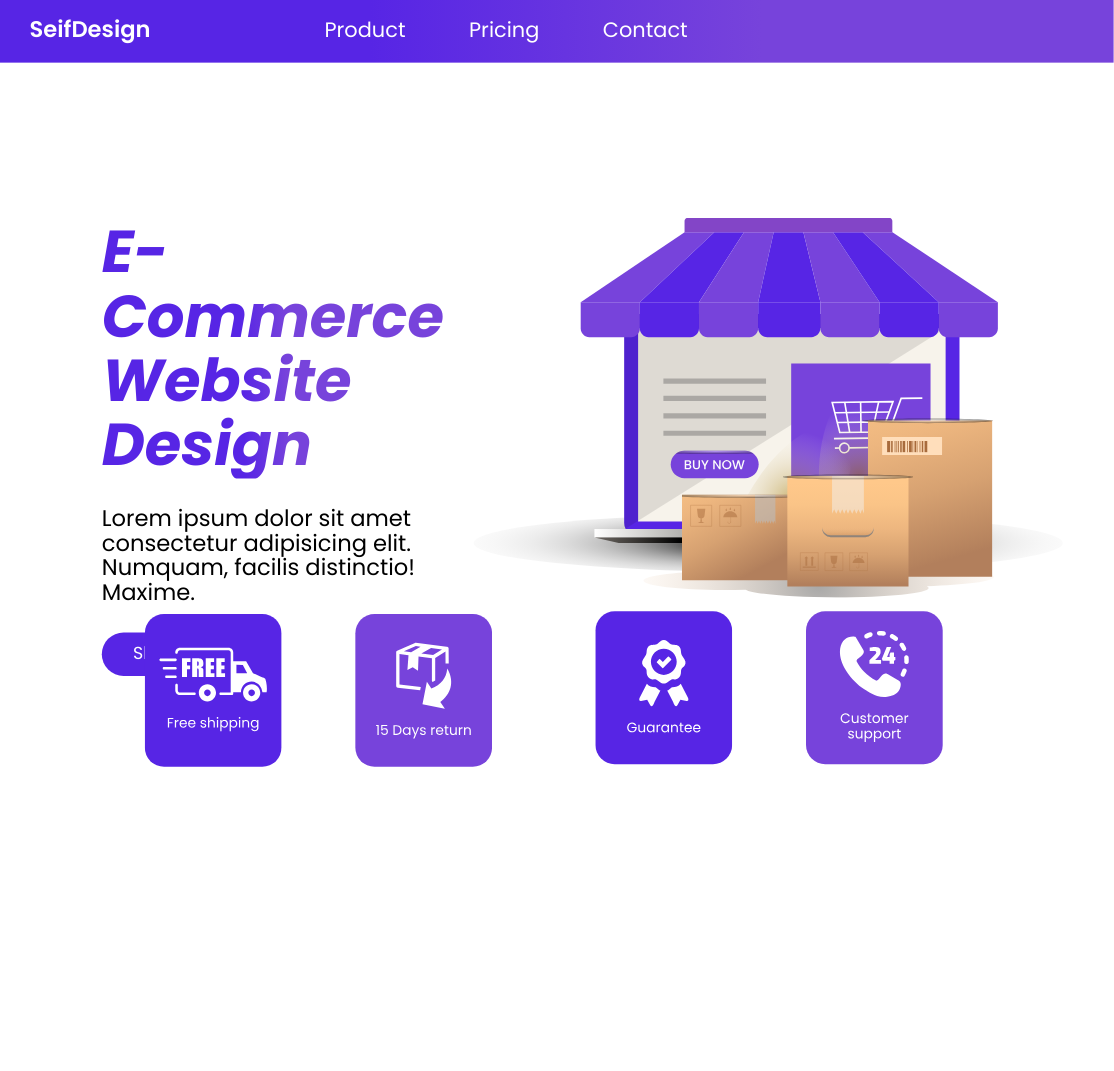
Repository: NatiqSamiyev/commers-desing-JS
Page: index.html
An editor plug-in stored every save of this project. The page is shown before and after the next save, followed by the edit.
The browser window is 1280 px wide. The pictures show the whole page, at 87% of full size.
Some web fonts or font styles are not loaded; a fallback is used.

Above is the page before, as saved 2023-11-06 11:30:10.

After the next save:
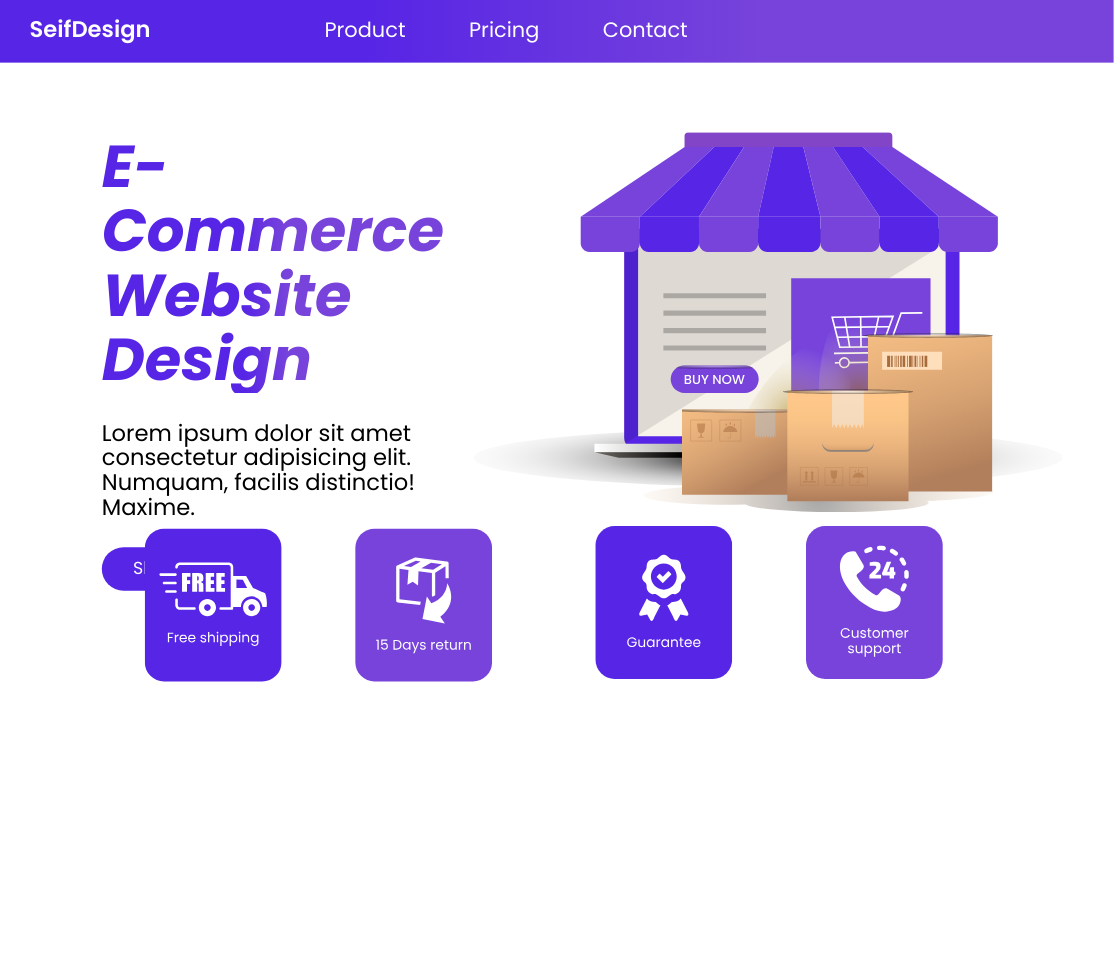
Saved 44 s later.
--- a/index.css
+++ b/index.css
@@ -60,8 +60,7 @@
 }
 
 main {
-  margin-top: 98px;
-  margin-bottom: 24px;
+
   width: 100%;
   padding: 80px 83px;
 
